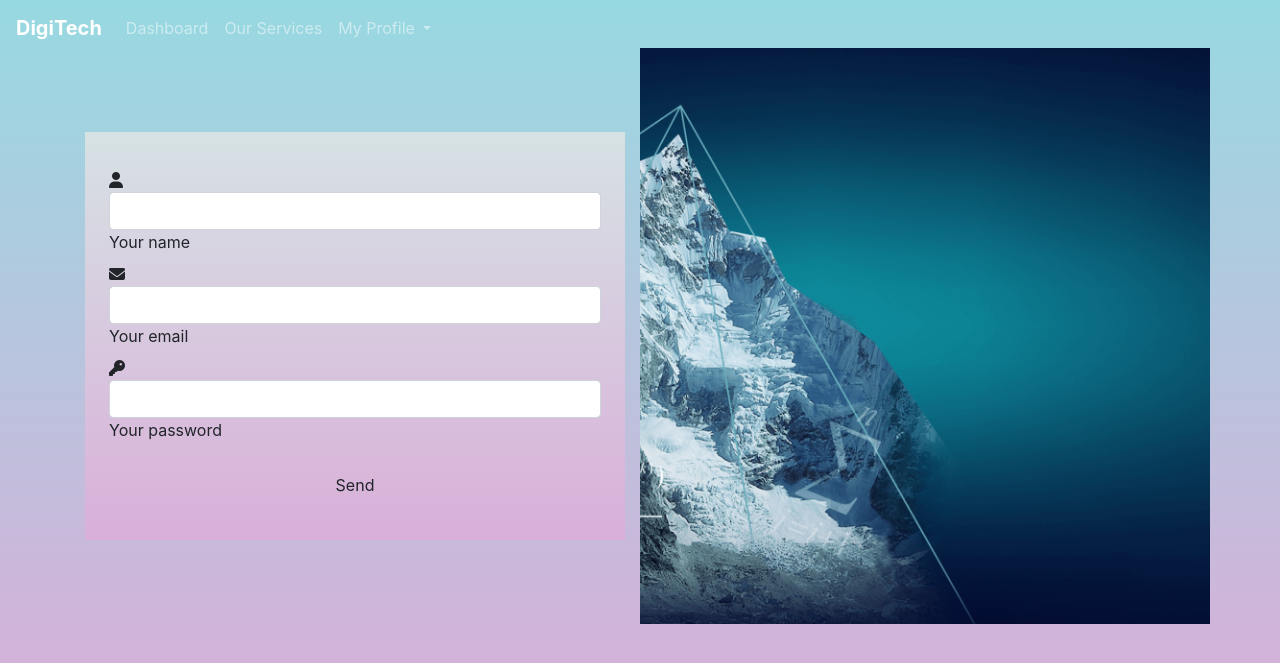
Repository: Tookliin/DigiTech
Page: /register
An editor plug-in stored every save of this project. The page is shown before and after the next save, followed by the edit.
The browser window is 1280 px wide. The pictures show the whole page.
The project was rebuilt for these pictures with package versions that can differ from the ones it lists, and the page was loaded fresh each time. Also part of the build but not shown: src/components/Dashboard.vue, src/components/Profile.vue, src/components/Error.vue, src/components/Organization.vue.

Above is the page before, as saved 2020-07-22 12:00:55.

After the next save:
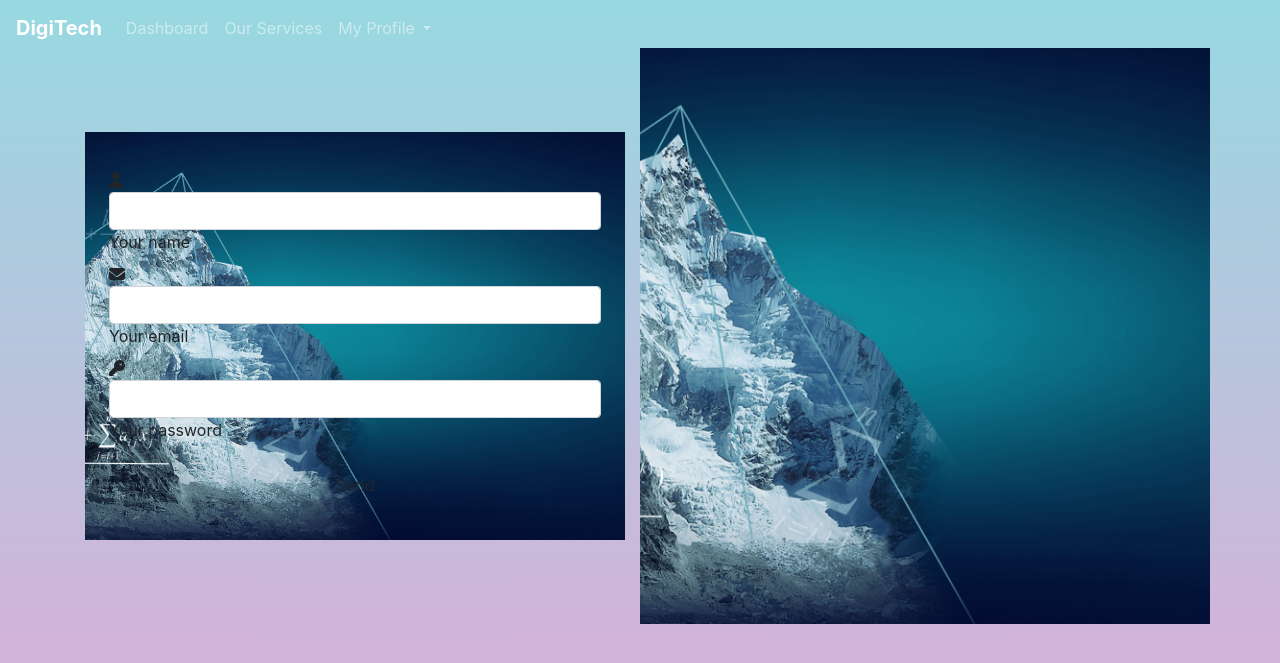
Saved 46 s later.
--- a/src/assets/css/main.css
+++ b/src/assets/css/main.css
@@ -62,11 +62,9 @@
 }
 
 .register{
-    background-color: #D9AFD9;
-background-image: -webkit-linear-gradient(0deg, #e6d9e6 0%, #97D9E1 100%);
-background-image: -moz-linear-gradient(0deg, #D9AFD9 0%, #97D9E1 100%);
-background-image: -o-linear-gradient(0deg, #D9AFD9 0%, #97D9E1 100%);
-background-image: linear-gradient(0deg, #D9AFD9 0%, #d6e2e4 100%);
+    background-image: url("../images/sd.png");
+    background-position: center;
+    background-size: cover;
 }
 
 .analytics{

After the 2 saves that followed:
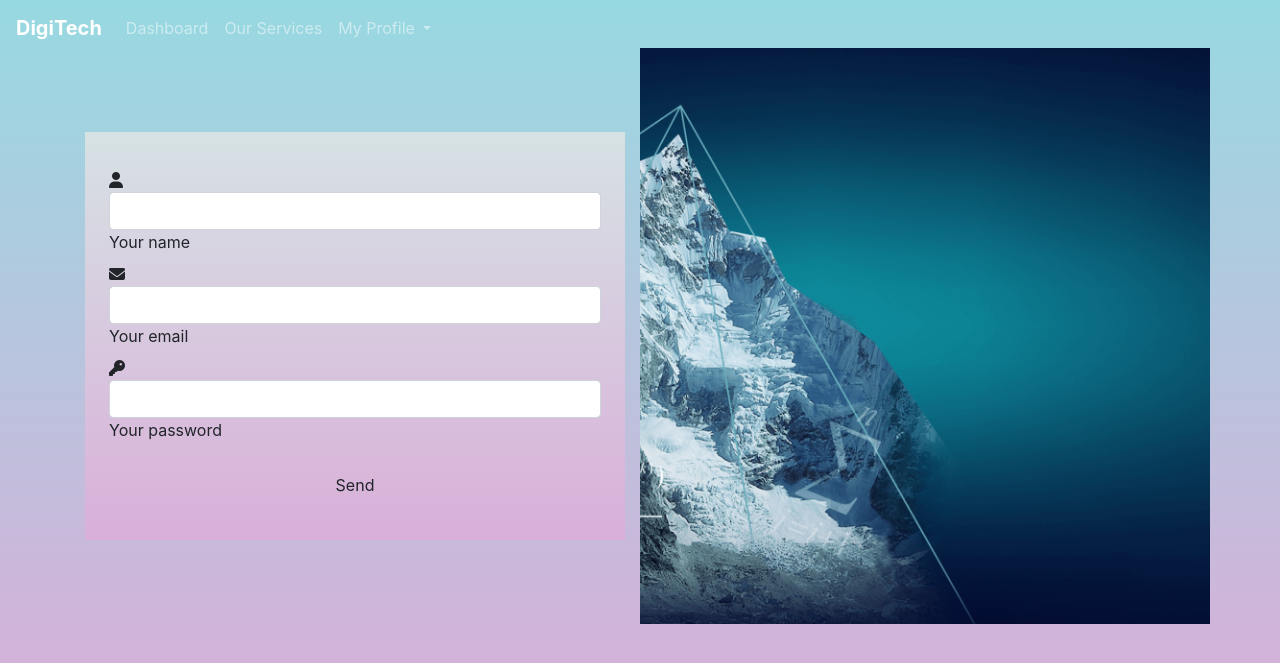
The 2 saves are shown as one change because 1 left the picture as it was.
The last was saved 80 s later.
--- a/src/assets/css/main.css
+++ b/src/assets/css/main.css
@@ -61,11 +61,21 @@
 
 }
 
+.register-form{
+    background-color: #D9AFD9;
+    background-image: -webkit-linear-gradient(0deg, #e6d9e6 0%, #97D9E1 100%);
+    background-image: -moz-linear-gradient(0deg, #D9AFD9 0%, #97D9E1 100%);
+    background-image: -o-linear-gradient(0deg, #D9AFD9 0%, #97D9E1 100%);
+    background-image: linear-gradient(0deg, #D9AFD9 0%, #d6e2e4 100%);
+
+}
 .register{
-    background-image: url("../images/sd.png");
-    background-position: center;
-    background-size: cover;
+
+background-image: url("../images/sd.png");
+background-position: center;
+background-size: cover;
 }
+
 
 .analytics{
 background-image: url("../images/sd.png");
--- a/src/components/Register.vue
+++ b/src/components/Register.vue
@@ -10,7 +10,7 @@
         <div class="row align-items-center">
 
           <div class=" col-md-6">
-                <div class="register">
+                <div class="register-form">
               <div class="card-body z-depth-2 px-4">
                 <div class="md-form mt-3">
                   <i class="fa fa-user prefix grey-text"></i>
